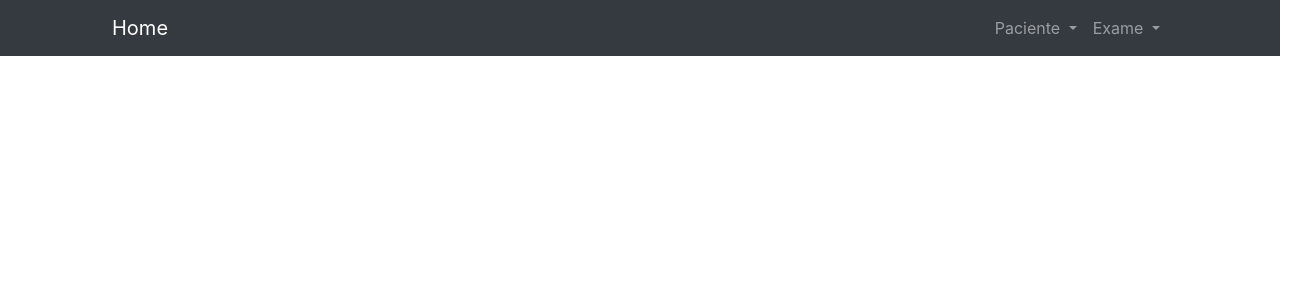
Repository: noobDevPRB/struts2_project
Page: http://localhost/Projeto_SOCTest/
These files come from the project's save history. The page is drawn as it stood at one moment and after the next save; the edit follows.
The browser window is 1280 px wide. The page is 1280 px wide, then 1295 px, so the pictures cover 1295 px, including what lies to the right of the window. The pictures show the whole page.
The page is served by Tomcat 9. Nobody is signed in. The application's start-up code is not run.

Above is the page before, as saved 2020-10-17 18:20:36.

After the next save:
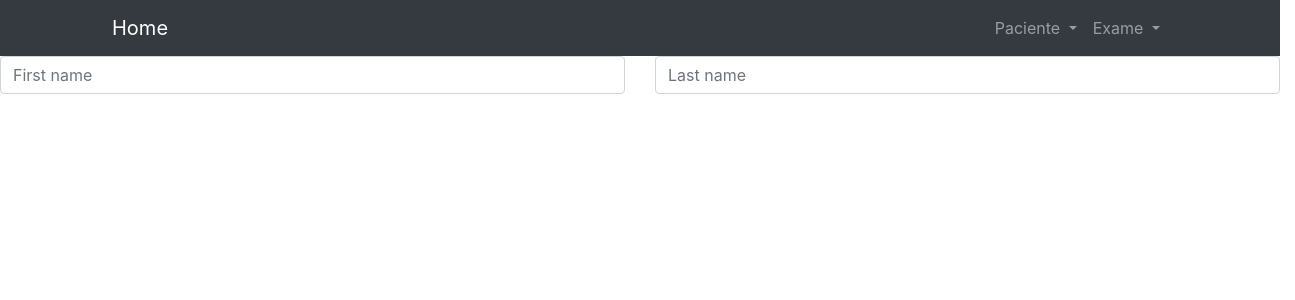
Saved 50 s later.
--- a/Projeto_SOCTest/WebContent/index.jsp
+++ b/Projeto_SOCTest/WebContent/index.jsp
@@ -40,6 +40,17 @@
 			</ul>
 		</div>
 	</nav>
+
+	<form>
+  <div class="row">
+    <div class="col">
+      <input type="text" class="form-control" placeholder="First name">
+    </div>
+    <div class="col">
+      <input type="text" class="form-control" placeholder="Last name">
+    </div>
+  </div>
+</form>
 	<!--<div class="container">
 		<div class="row">
 			<div class="col-sm px-5 mx-5">
